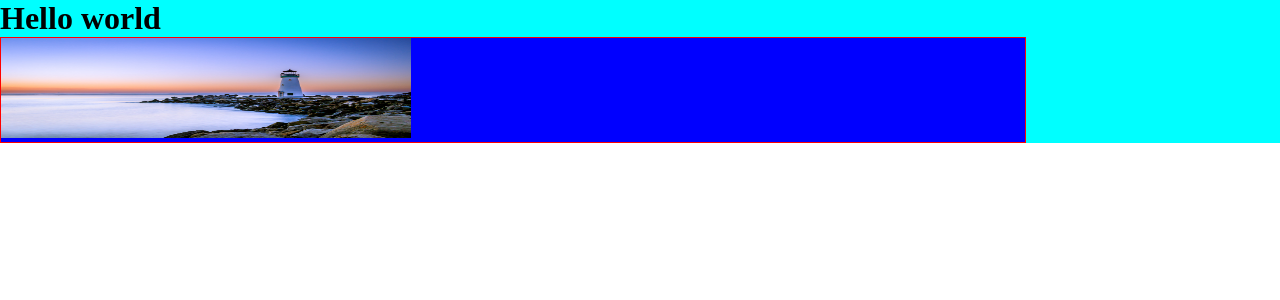
Repository: RPSKumara/DPEdudationPyhton
Page: ImageStyle/index.html
An editor plug-in stored every save of this project. The page is shown before and after the next save, followed by the edit.
The browser window is 1280 px wide. The pictures show the whole page.

Above is the page before, as saved 2022-04-20 10:16:43.

After the next save:
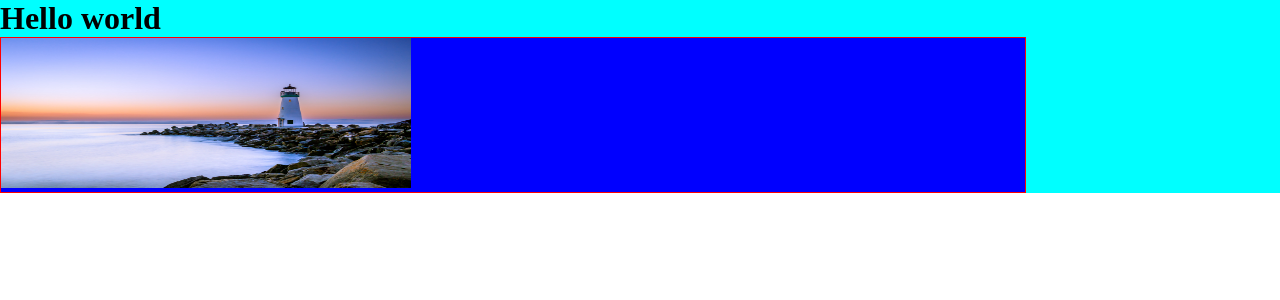
Saved 11 s later.
--- a/ImageStyle/style.css
+++ b/ImageStyle/style.css
@@ -14,6 +14,6 @@
 }
 .previewImg{
     width: 40%;
-    max-height: 100px;
+    max-height: 150px;
     min-height: 100px;
 }
